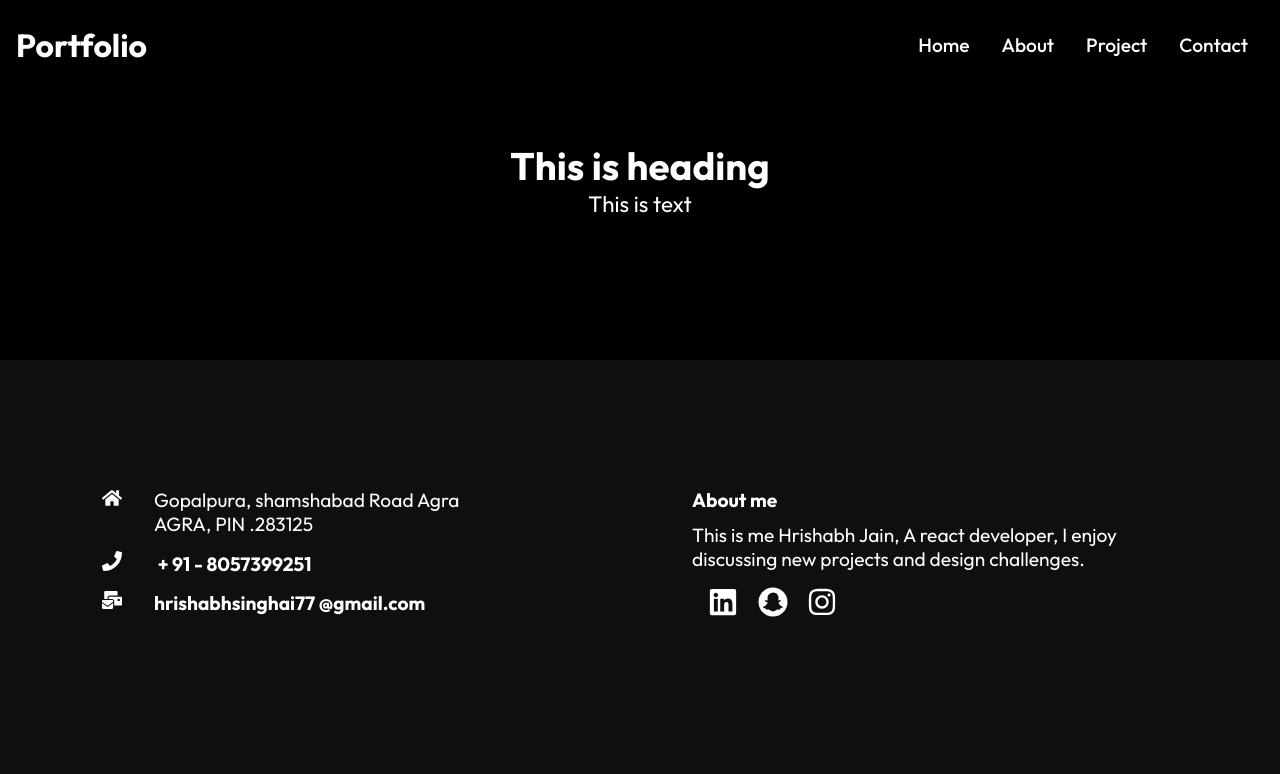
Repository: Hrishabhsinghai/Portfolio
Page: /project
These files come from the project's save history. The page is drawn as it stood at one moment and after the next save; the edit follows.
The browser window is 1280 px wide. The pictures show the whole page.
The project was rebuilt for these pictures with package versions that can differ from the ones it lists, and the page was loaded fresh each time. Also part of the build but not shown: src/components/HeroImgStyles.css, src/components/HeroImg.js, src/routes/Home.js, src/routes/About.js, src/routes/Contact.js.

Above is the page before, as saved 2024-01-05 01:36:08.

### src/index.css
@import url("https://fonts.googleapis.com/css2?family=Orbitron&family=Outfit:wght@100;200;300;400;500;600;700;800;900&display=swap");
* {
  box-sizing: border-box;
  margin: 0;
  padding: 0;
  font-family: "Outfit", sans-serif;
}

body {
  background: black;
}

h1,
h4,
p,
a {
  color: #fff;
  text-decoration: none;
}

ul {
  list-style-type: none;
}

.btn {
  padding: 12px 32px;
  font-size: 1rem;
  text-transform: uppercase;
  color: #222;
  border: 1px solid #fff;
  font-weight: 600;
  cursor: pointer;
  background: yellow;
}

.btn-light {
  background: transparent;
  color: #fff;
}

.btn-hover {
  background: rgba(255, 255, 255, 0.2);
  color: #fff;
  transition: 0.3;
}

### src/App.js
import "./index.css";
import Home from "./routes/Home";
import About from "./routes/About";
import Project from "./routes/Project";
import Contact from "./routes/Contact";
import { Route, Routes } from "react-router-dom";

function App() {
  return (
    <>
      <Routes>
        <Route path="/" element={<Home />} />{" "}
        <Route path="/project" element={<Project />} />{" "}
        <Route path="/About" element={<About />} />{" "}
        <Route path="/Contact" element={<Contact />} />{" "}
      </Routes>{" "}
    </>
  );
}

export default App;

### src/routes/Project.js
import React from "react";
import Navbar from "../components/Navbar";
import Footer from "../components/Footer";
import HeroImg2 from "../components/HeroImg2";

const Project = () => {
  return (
    <div>
      <Navbar />
      <HeroImg2 />
      <Footer />
    </div>
  );
};

export default Project;

### src/components/Navbar.js
import { Link } from "react-router-dom";
import "./NavbarStyles.css";

import { FaBars, FaTimes } from "react-icons/fa";
import { useState } from "react";

const Navbar = () => {
  const [click, setClick] = useState(false);
  const handleClick = () => setClick(!click);

  const [color, settColor] = useState(false);
  const changeColor = () => {
    if (window.scrollY >= 100) {
      settColor(true);
    } else {
      settColor(false);
    }
  };

  window.addEventListener("scroll", changeColor);

  return (
    <div className={click ? "header header-bg" : "header"}>
      <Link to="/">
        {" "}
        <h1> Portfolio </h1>{" "}
      </Link>{" "}
      <ul className={click ? "nav-menu active" : "nav-menu"}>
        <li>
          <Link to="/"> Home </Link>{" "}
        </li>{" "}
        <li>
          <Link to="/About"> About </Link>{" "}
        </li>{" "}
        <li>
          <Link to="/Project"> Project </Link>{" "}
        </li>{" "}
        <li>
          <Link to="/Contact"> Contact </Link>{" "}
        </li>{" "}
      </ul>{" "}
      <div className="hamburger" onClick={handleClick}>
        {" "}
        {click ? (
          <FaTimes size={20} style={{ color: "#fff" }} />
        ) : (
          <FaBars size={20} style={{ color: "#fff" }} />
        )}{" "}
      </div>{" "}
    </div>
  );
};

export default Navbar;

### src/components/Footer.js
import "./FooterStyles.css";

import React from "react";
import {
  FaHome,
  FaInstagram,
  FaLinkedin,
  FaMailBulk,
  FaPhone,
  FaSnapchat,
} from "react-icons/fa";

const Footer = () => {
  return (
    <div className="footer">
      <div className="footer-container">
        <div className="left">
          <div className="location">
            <FaHome size={20} style={{ color: "#fff", marginRight: "2rem" }} />{" "}
            <div>
              <p> Gopalpura, shamshabad Road Agra </p>{" "}
              <p> AGRA, PIN .283125 </p>{" "}
            </div>{" "}
          </div>{" "}
          <div className="phone">
            <h4>
              {" "}
              <FaPhone
                size={20}
                style={{ color: "#fff", marginRight: "2rem" }}
              />{" "}
              + 91 - 8057399251{" "}
            </h4>{" "}
          </div>{" "}
          <div className="email">
            <h4>
              {" "}
              <FaMailBulk
                size={20}
                style={{ color: "#fff", marginRight: "2rem" }}
              />
              hrishabhsinghai77 @gmail.com{" "}
            </h4>{" "}
          </div>{" "}
        </div>{" "}
        <div className="right">
          <h4> About me </h4>{" "}
          <p>
            {" "}
            This is me Hrishabh Jain, A react developer, I enjoy discussing new
            projects and design challenges.{" "}
          </p>{" "}
          <div className="social">
            <h4>
              <FaLinkedin
                size={30}
                style={{ color: "#fff", marginLeft: "1rem" }}
              />{" "}
              <FaSnapchat
                size={30}
                style={{ color: "#fff", marginLeft: "1rem" }}
              />{" "}
              <FaInstagram
                size={30}
                style={{ color: "#fff", marginLeft: "1rem" }}
              />{" "}
            </h4>{" "}
          </div>{" "}
        </div>{" "}
      </div>{" "}
    </div>
  );
};

export default Footer;

### src/components/HeroImg2.js
import "./HeroImg2Styles.css";

import React from "react";

const HeroImg2 = () => {
  return (
    <div className="hero-img">
      <div className="heading">
        <h1> This is heading </h1> <p> This is text </p>{" "}
      </div>{" "}
    </div>
  );
};

export default HeroImg2;

### src/components/NavbarStyles.css
.header {
  display: flex;
  justify-content: space-between;
  align-items: center;
  padding: 1rem;
  position: fixed;
  width: 100%;
  height: 90px;
  z-index: 10;
}

.header-bg {
  background-color: rgba(0, 0, 0, 0.85);
  transition: 0.5s;
}

.nav-menu {
  display: flex;
}

.nav-menu li {
  padding: 0 1rem;
}

.nav-menu li a {
  font-size: 1.2rem;
  font-weight: 500;
}

.hamburger {
  display: none;
}

@media screen and (max-width: 1040px) {
  .nav-menu {
    flex-direction: column;
    justify-content: center;
    align-items: center;
    width: 100%;
    height: 100vh;
    background: rgba(0, 0, 0, 0.9);
    position: absolute;
    top: 0;
    left: -100%;
    z-index: -3;
    transition: 0.3s;
  }
  .nav-menu.active {
    left: 0;
  }
  .nav-menu li {
    padding: 1rem 0;
  }
  .nav-menu li a {
    font-size: 2rem;
  }
  .hamburger {
    display: initial;
  }
}

### src/components/FooterStyles.css
.footer {
  width: 100%;
  padding: 6rem 0;
  background-color: rgba(19, 19, 19, 0.8);
}

.footer-container {
  max-width: 1140px;
  margin: auto;
  display: grid;
  grid-template-columns: repeat(2, 1fr);
  grid-gap: 40px;
}

.left {
  height: 100%;
  max-width: 100%;
  display: flex;
  flex-direction: column;
  padding: 2rem;
}

.location {
  display: flex;
  margin-bottom: 0.8rem;
}

.phone {
  line-height: 30px;
}

.right {
  height: 100%;
  max-width: 100%;
  display: flex;
  flex-direction: column;
  padding: 2rem;
  margin-bottom: 0.8rem;
}

.social {
  margin-top: 1rem;
}

h4 {
  font-size: 1.2rem;
  padding-bottom: 0.7rem;
}

p {
  font-size: 1.2rem;
}

@media screen and (max-width: 640px) {
  .footer-container {
    grid-template-columns: 1fr;
  }
}

### src/components/HeroImg2Styles.css
.hero-img {
  width: 100%;
  background: black;
  height: 60vh;
  position: relative;
}

.hero-img {
  content: "";
  width: 100%;
  height: 50vh;
  background-size: cover;
  background-position: center;
  object-fit: cover;
}

.heading {
  width: 100%;
  height: 100%;
  display: flex;
  flex-direction: column;
  justify-content: center;
  align-items: center;
}

.hero-img h1 {
  font-size: 2.4rem;
}

.hero-img p {
  font-size: 1.4rem;
  text-align: center;
}

@media screen and (max-width: 640px) {
  .hero-img h1 {
    font-size: 2rem;
  }
}

Loaded but not shown: public/index.html (common file); src/index.js (common file)

After the next save:
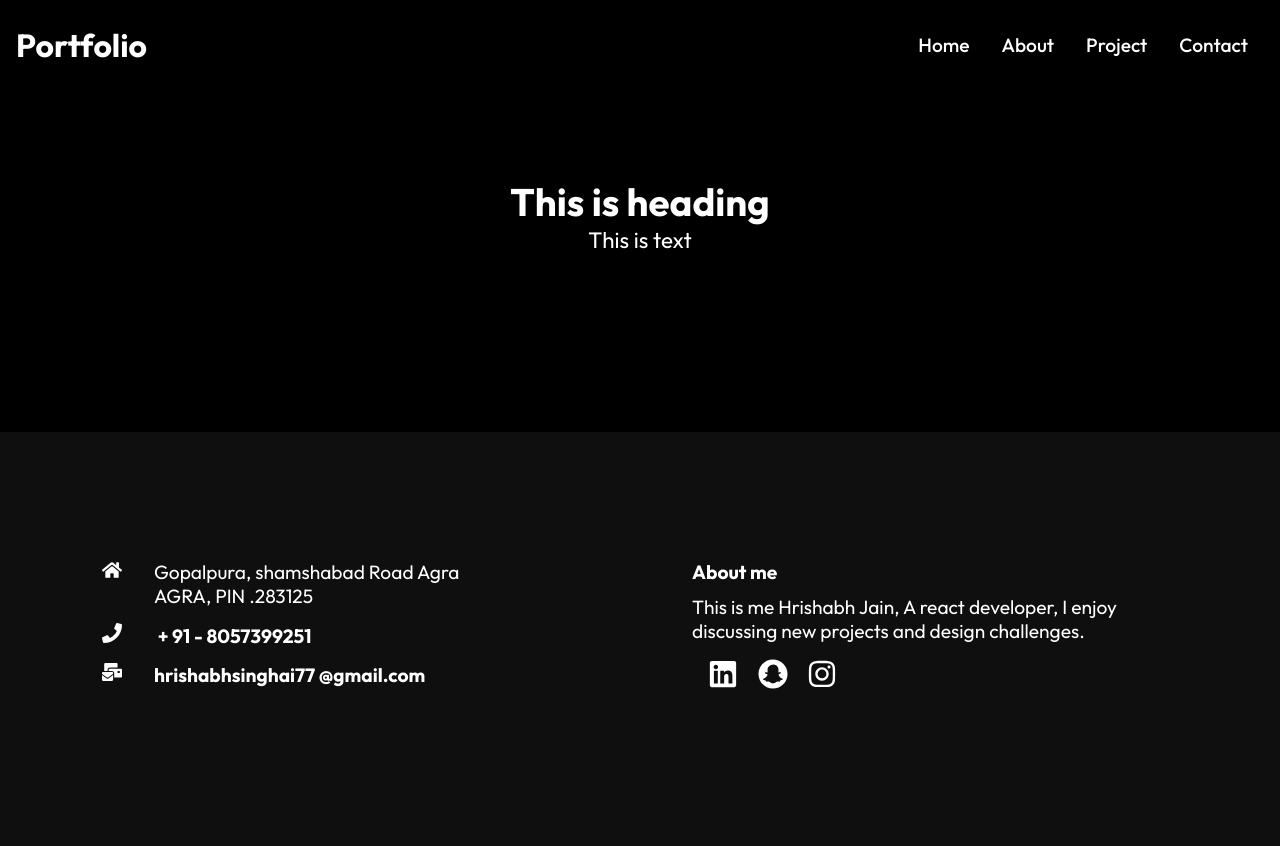
Saved 7 s later.
--- a/src/components/HeroImg2Styles.css
+++ b/src/components/HeroImg2Styles.css
@@ -8,7 +8,7 @@
 .hero-img {
   content: "";
   width: 100%;
-  height: 50vh;
+  height: 60vh;
   background-size: cover;
   background-position: center;
   object-fit: cover;
